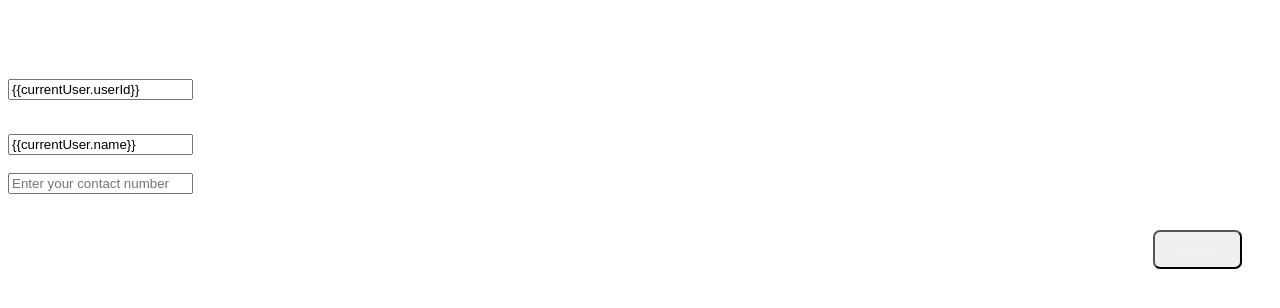
Repository: shailaja1601/collaborative_project
Page: CollabarationFrontEnd/WebContent/user/my_profile.html
The author's editor kept a copy of each file at every save. The page is drawn from the files as they stood at one save, then again after the next save.
The browser window is 1280 px wide. The pictures show the whole page.

Above is the page before, as saved 2017-02-03 11:28:48.

### CollabarationFrontEnd/WebContent/user/my_profile.html
<head>
<style>

h3,label{
color:white;
}

.panel-body{
margin-top:20px;
 border-radius: 20px;
background-color:rgba(255,255,255,0.1);
}

 .btn {
      padding: 10px 20px;
      color: #f1f1f1;
      border-radius: 7px;
      transition: .2s;
      float:right;
      margin-right:30px;
  }
  .btn:hover, .btn:focus {
      border: 1px solid #333;
      background-color: #66CDAA;
      color: #000;
  }
</style>
</head>
<body>
	<div data-ng-controller="UserController as ctrl">
<div class="col-md-6 col-md-offset-3">
			<div class="panel panel-body">

					<h3>My Profile </h3>

				<div class="formcontainer">
					<form data-ng-submit="ctrl.updateUser()" name="myForm" class="form-horizontal">


							<div class="form-group col-md-12">
								<label class="col-sm-2 control-lable" for="userId">ID</label>
								<div class="col-md-10">
								<!-- data-ng-bind="ctrl.user.userId" -->
									<input type="text"  value={{currentUser.userId}} data-ng-model="ctrl.user.userId" id="userId"
										class="userid form-control input-sm"
										placeholder="Enter your ID" required data-ng-minlength="3" />
								</div>

						</div>

                           <!-- <div class="form-group col-md-12">
								<label class="col-sm-2 control-lable" for="role">Role</label>
								<div class="col-md-10">  value= {{currentUser.role}}
									<input type="text"   data-ng-bind="ctrl.user.role" data-ng-model="ctrl.user.role" id="role"
										class="userid form-control input-sm"
										required
       data-ng-disabled="true" />
								</div> -->

						</div>



							<div class="form-group col-md-12">
								<label class="col-sm-2 control-lable" for="name">Name</label>
								<div class="col-md-10">  <!-- data-ng-bind="ctrl.user.name" -->
									<input type="text"  value= {{currentUser.name}}  data-ng-model="ctrl.user.name" id="name"
										class="username form-control input-sm"
										placeholder="Enter your name" required data-ng-minlength="3" />
								</div>
							</div>



							<!-- <div class="form-group col-md-12">
								<label class="col-sm-2 control-lable" for="password">Password</label>
								<div class="col-md-10">  value= {{currentUser.password}}
									<input type="password"  data-ng-bind="ctrl.user.password" data-ng-model="ctrl.user.password"
										id="password" class="username form-control input-sm"
										placeholder="Enter your password" required data-ng-minlength="3" />
								</div>
							</div> -->




							<!-- <div class="form-group col-md-12">
								<label class="col-sm-2 control-lable" for="mailID">Email</label>
								<div class="col-md-10">  value= {{currentUser.mailID}}
									<input type="email"  data-ng-bind="ctrl.user.mailID" data-ng-model="ctrl.user.mailID" id="mailID"
										class="email form-control input-sm"
										placeholder="Enter your Email" required />

								</div>
							</div>
						 -->
							<div class="form-group col-md-12">
								<label class="col-sm-2 control-lable" for="mobile">Mobile</label>
								<div class="col-md-10">  <!-- value= {{currentUser.mobile}} -->
									<input type="tel"  data-ng-bind="ctrl.user.mobile" data-ng-model="ctrl.user.mobile" id="mobile"
										class="mobile form-control input-sm"
										placeholder="Enter your contact number" required />

								</div>
							</div>

							<!--  <div class="form-group col-md-12">
								<label class="col-sm-2 control-lable" for="address">Address</label>
								<div class="col-md-10">  value= {{currentUser.address}}
									<input type="text"   width="100" height="50"
									  data-ng-model="ctrl.user.address"
										data-ng-bind="ctrl.user.address" id="address"
										class="form-control input-sm"
										placeholder="Enter your Address." />
								</div>  -->
							</div>
						<br><br>
						<div class="form-actions">
					<button class="btn btn-primary" type="submit">
						<i class="fa fa-user-circle"
							style="font-size: 17px;"></i> <b>Update</b>
					</button>
							</div>
							</form>
					</div>
				</div>
			</div>
</div>





</body>

After the next save:
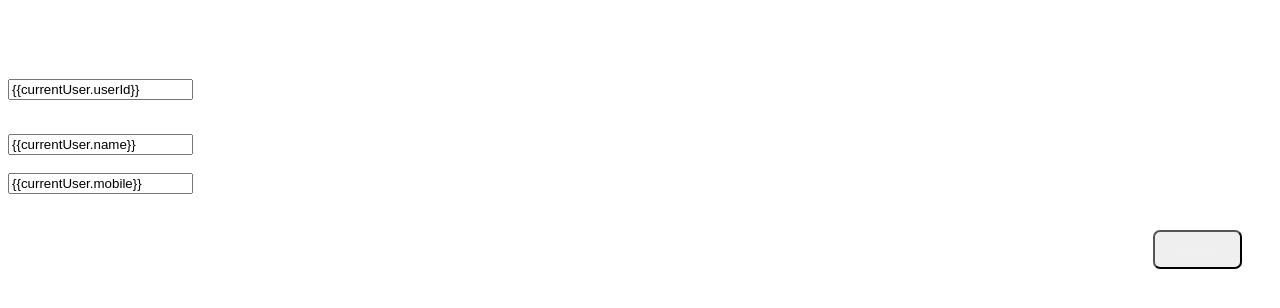
Saved 20 s later.
--- a/CollabarationFrontEnd/WebContent/user/my_profile.html
+++ b/CollabarationFrontEnd/WebContent/user/my_profile.html
@@ -96,8 +96,8 @@ background-color:rgba(255,255,255,0.1);
 						 -->
 							<div class="form-group col-md-12">
 								<label class="col-sm-2 control-lable" for="mobile">Mobile</label>
-								<div class="col-md-10">  <!-- value= {{currentUser.mobile}} -->
-									<input type="tel"  data-ng-bind="ctrl.user.mobile" data-ng-model="ctrl.user.mobile" id="mobile"
+								<div class="col-md-10">  <!-- data-ng-bind="ctrl.user.mobile" -->
+									<input type="tel"  value= {{currentUser.mobile}}  data-ng-model="ctrl.user.mobile" id="mobile"
 										class="mobile form-control input-sm"
 										placeholder="Enter your contact number" required />
 
